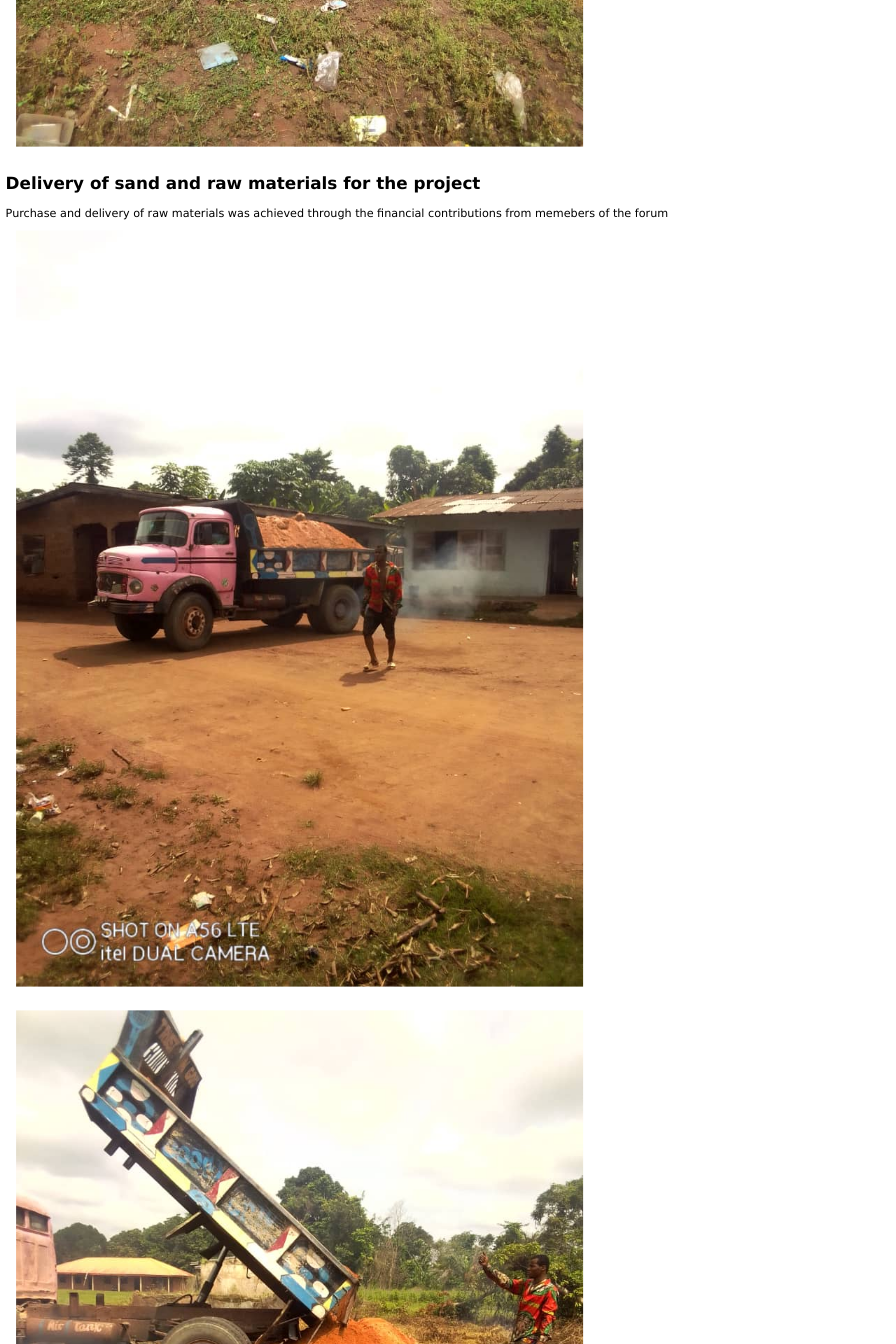
Repository: OtasowieRotimiOsifo/oheze-naka-forum
Page: projects_update_info.html
An editor plug-in stored every save of this project. The page is shown before and after the next save, followed by the edit.
The browser window is 1280 px wide. The pictures show the part of the page from y = 1279 to 3199 px (the page is 4740 px tall before and 5651 px after), at 70% of full size.

Above is the page before, as saved 2021-07-23 23:43:53.

After the next save:
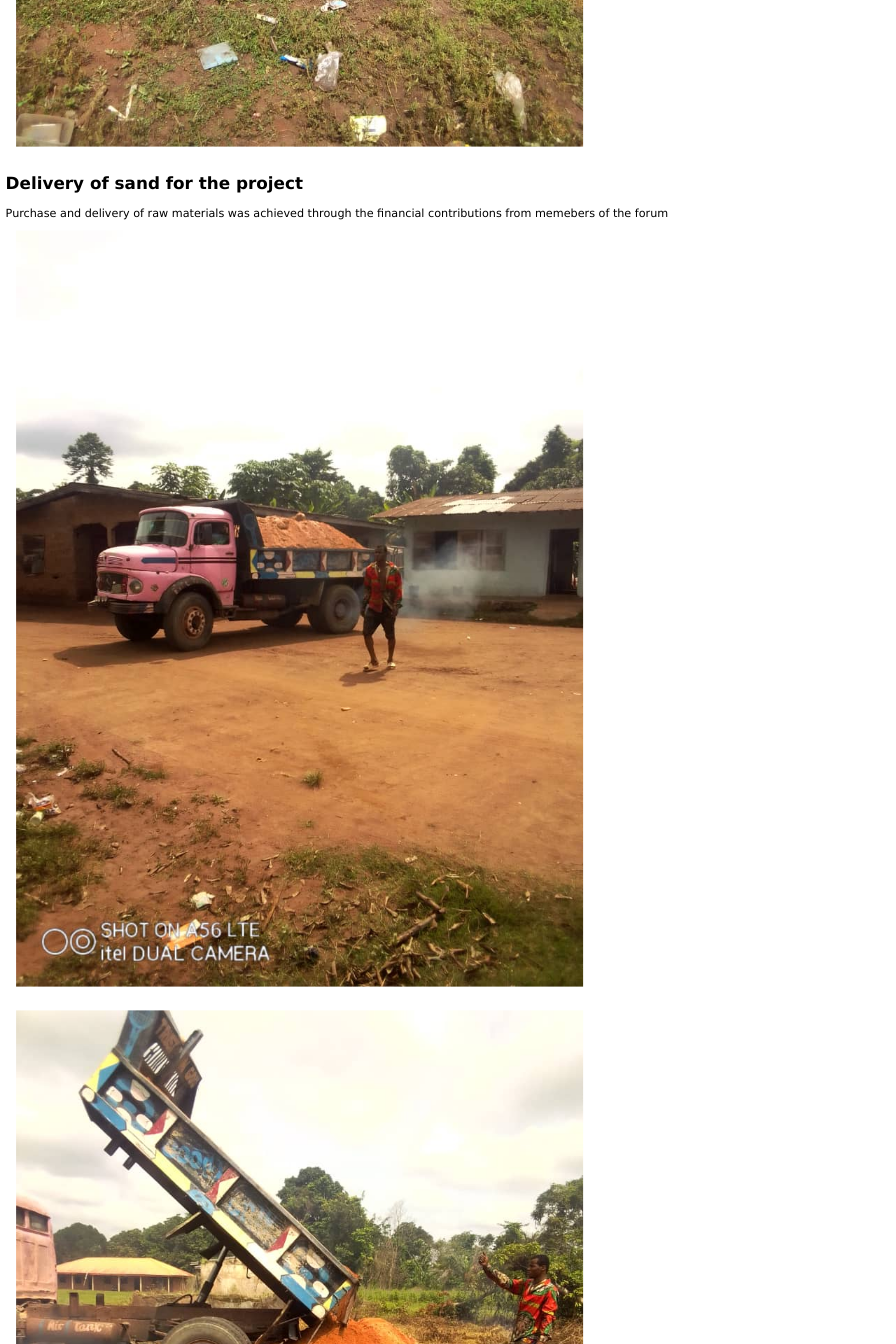
Saved 2 min 16 s later.
--- a/projects_update_info.html
+++ b/projects_update_info.html
@@ -126,7 +126,7 @@ html {
   </div>
   </div>
   <div class="row">
-    <h2>Delivery of sand and raw materials for the project</h2>
+    <h2>Delivery of sand for the project</h2>
     <span>Purchase and delivery of raw materials was achieved through the financial contributions from memebers of the forum</span>
     <div  class="col-12 col-s-12">
       <img src="project_updates/delivery-of-sand.jpeg"/>
@@ -142,6 +142,12 @@ html {
       <img src="project_updates/sand.jpeg"/>
   </div>
   </div>
+  <div class="row">
+    <h2>Delivery of sand and raw materials for the project</h2>
+    <div  class="col-12 col-s-12">
+      <img src="project_updates/sand.jpeg"/>
+  </div>
+  </div>
 <div class="footer">
   <p>Courtesy of Oheze Naka Forum.</p>
 </div>
